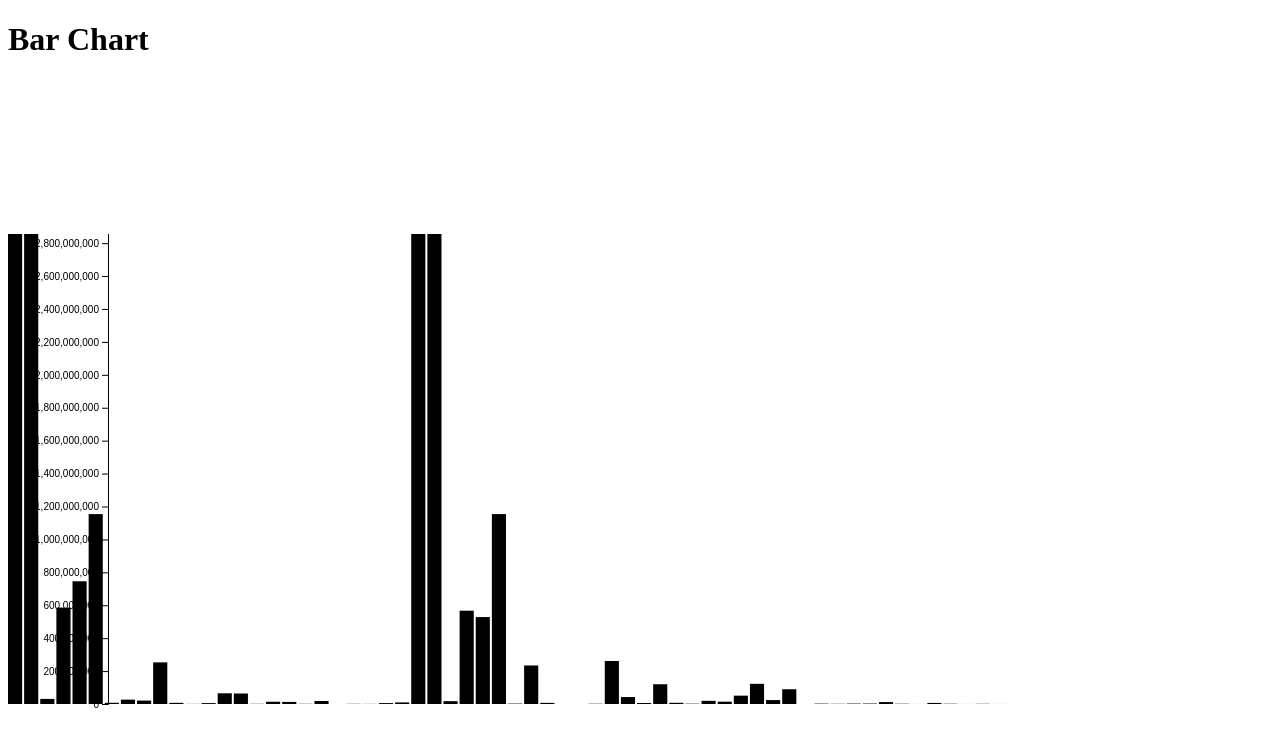
Repository: komalharjani/d3js-visualisation
Page: index.html
The author's editor kept a copy of each file at every save. The page is drawn from the files as they stood at one save, then again after the next save.
The browser window is 1280 px wide. The pictures show the whole page.

Above is the page before, as saved 2020-04-29 18:24:54.

After the next save:
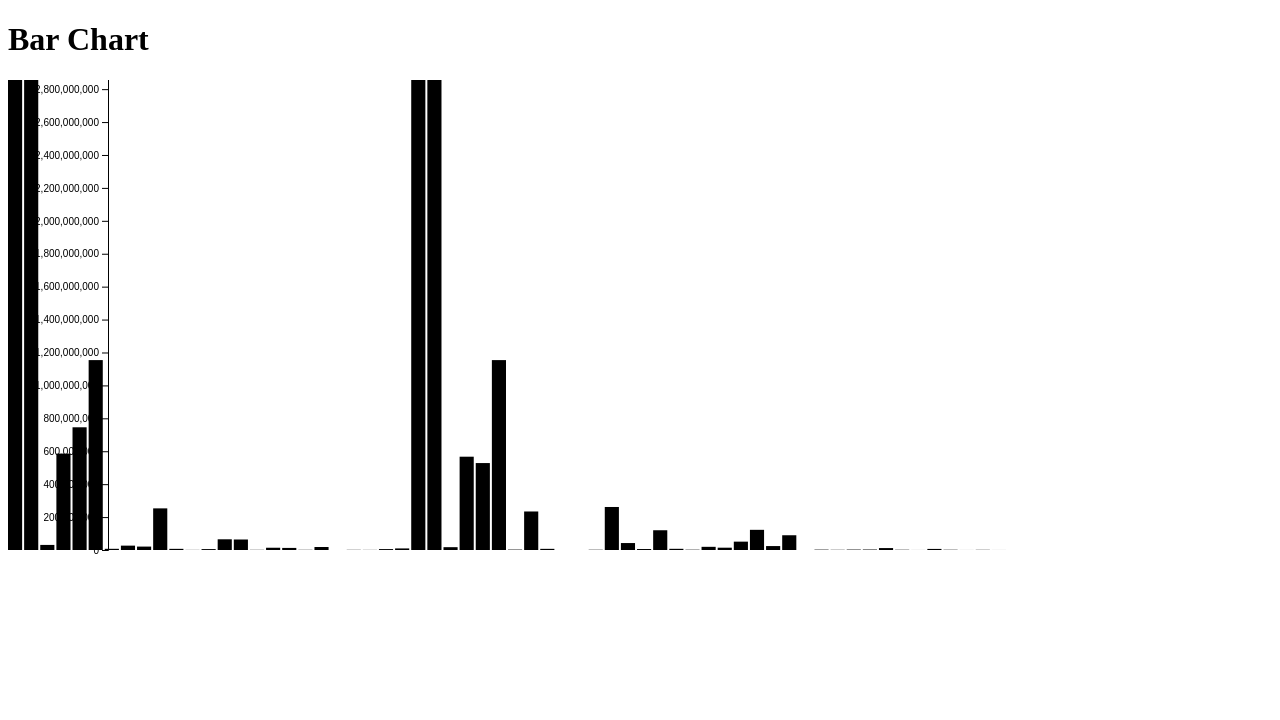
Saved 19 s later.
--- a/index.html
+++ b/index.html
@@ -8,7 +8,6 @@
 <body>
     <div id="barChart"></div>
     <h1>Bar Chart</h1>
-    <svg></svg>
 
 </body>
 <script src="https://d3js.org/d3.v5.min.js"></script>
